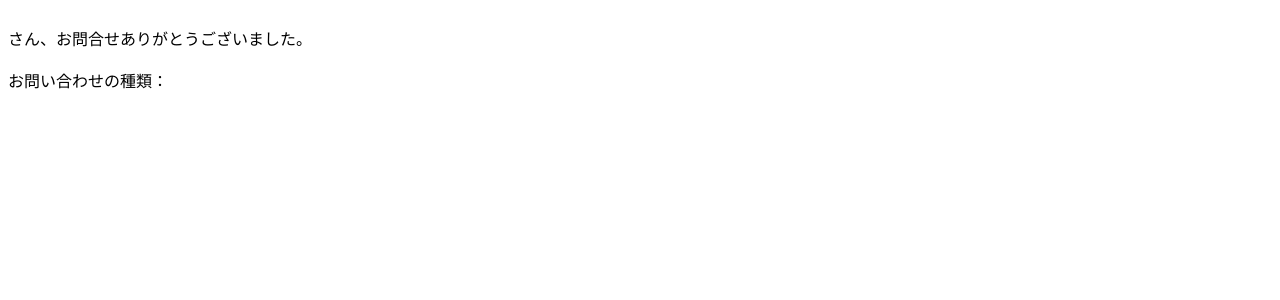
Repository: take00/test01
Page: http://localhost/WebProj/inquiryComplete.jsp
These files come from the project's save history. The page is drawn as it stood at one moment and after the next save; the edit follows.
The browser window is 1280 px wide. The pictures show the whole page.
The page is served by Tomcat 9. Other server files are loaded and not shown.

Above is the page before, as saved 2019-01-18 12:19:01.

### WebProj/WebContent/inquiryComplete.jsp
<%@ page language="java" contentType="text/html; charset=UTF-8"
    pageEncoding="UTF-8"%>
<%@ taglib prefix="s" uri="/struts-tags" %>
<!DOCTYPE html>
<html>
<head>
<meta charset="UTF-8">
<title>お問い合わせ　受付完了</title>
</head>
<body>

<br>
<s:property value="name"/>さん、お問合せありがとうございました。
<br>
<br>お問い合わせの種類：
<br>
<s:if test='qtype=="company"'>
会社について
</s:if>
<s:if test='qtype=="product"'>
製品について
</s:if>
<s:if test='qtype=="support"'>
アフターサポートについて
</s:if>
</body>
</html>

After the next save:
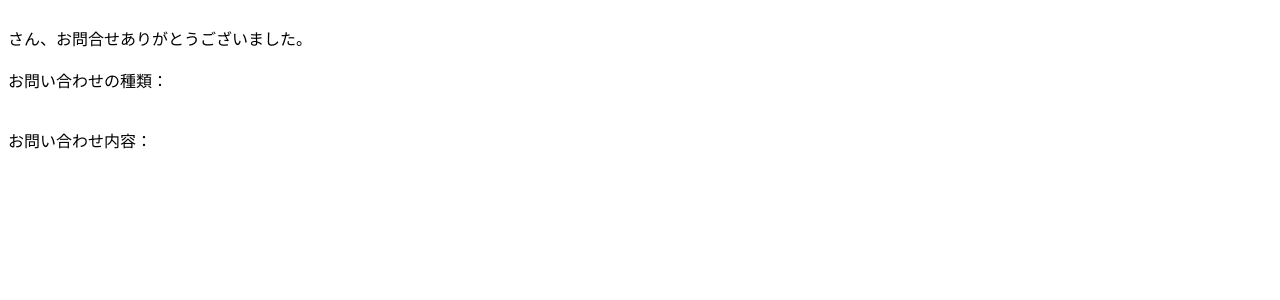
Saved 50 s later.
--- a/WebProj/WebContent/inquiryComplete.jsp
+++ b/WebProj/WebContent/inquiryComplete.jsp
@@ -23,5 +23,9 @@
 <s:if test='qtype=="support"'>
 アフターサポートについて
 </s:if>
+<br>
+<br>お問い合わせ内容：
+<br>
+<s:property value="body"/>
 </body>
 </html>
